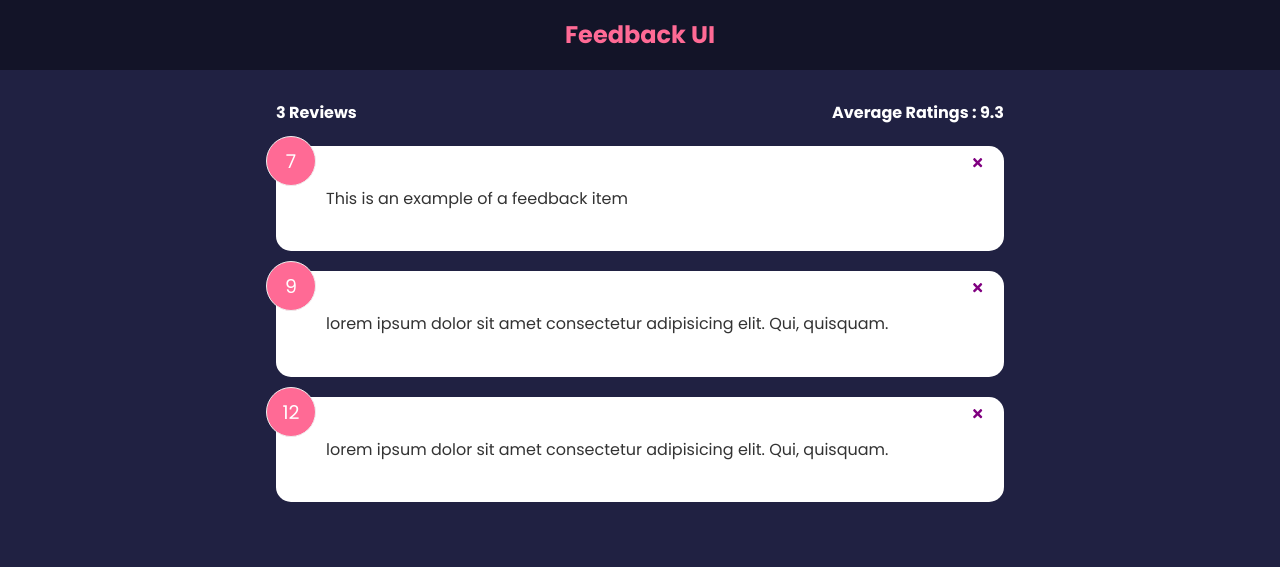
Repository: bayorwor/feedbackapp
Page: /
These files come from the project's save history. The page is drawn as it stood at one moment and after the next save; the edit follows.
The browser window is 1280 px wide. The pictures show the whole page.
The project was rebuilt for these pictures with package versions that can differ from the ones it lists, and the page was loaded fresh each time.

Above is the page before, as saved 2022-01-30 19:06:16.

After the next save:
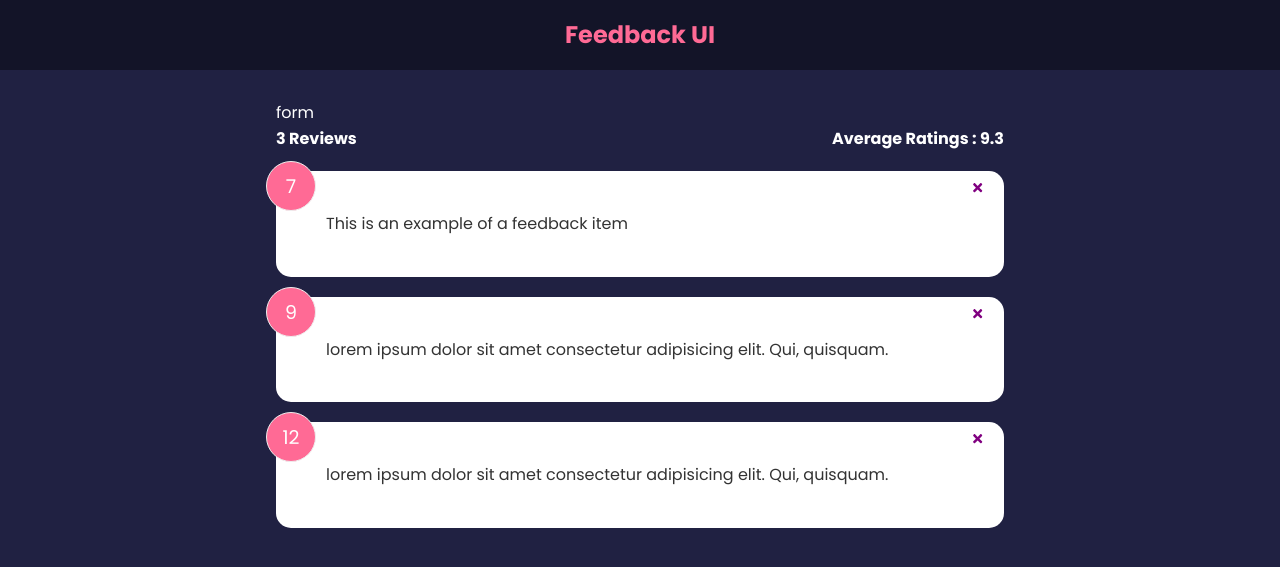
Saved 21 s later.
--- a/src/App.js
+++ b/src/App.js
@@ -3,6 +3,7 @@ import Header from "./components/Header";
 import feedbackData from "./data/feedBacks";
 import FeedbackList from "./components/FeedbackList";
 import FeedbackStats from "./components/FeedbackStats";
+import FeedbackForm from "./components/FeedbackForm";
 
 const App = () => {
   const [feedback, setFeedback] = useState(feedbackData);
@@ -17,6 +18,7 @@ const App = () => {
     <>
       <Header />
       <div className="container">
+        <FeedbackForm />
         <FeedbackStats feedback={feedback} />
         <FeedbackList feedback={feedback} deleteFeedback={deleteFeedback} />
       </div>
